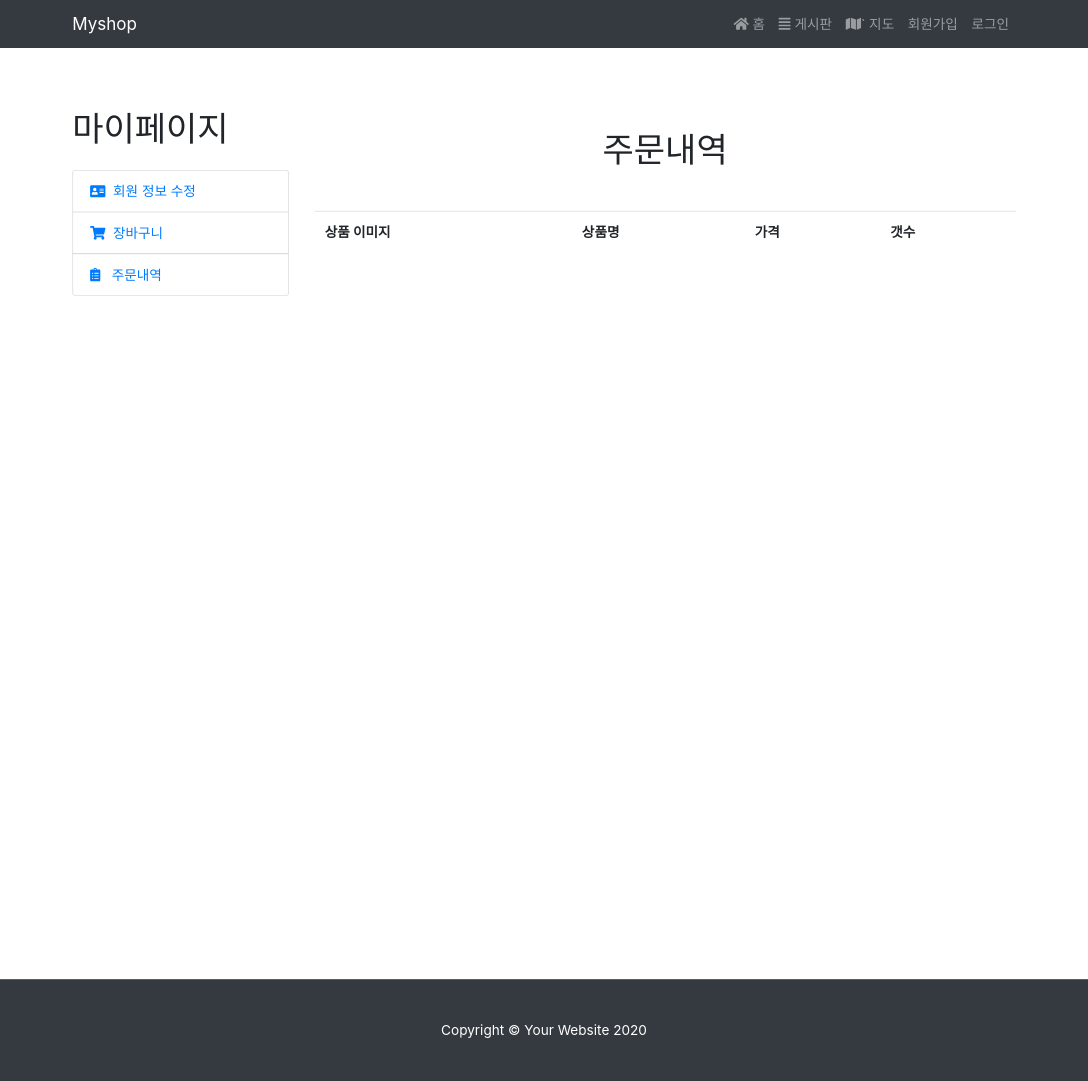
Repository: KimBiYam/ShoppingMallProject
Page: http://localhost/MyShop/WEB-INF/views/product/orderlist.jsp
An editor plug-in stored every save of this project. The page is shown before and after a run of saves, followed by the edit.
The browser window is 1280 px wide. The pictures show the whole page, at 85% of full size.
Some web libraries are served in a nearby version. The page is served by Tomcat 9. Nobody is signed in. Other server files are loaded and not shown. The template is opened directly, without the code that normally fills it, so the values that code supplies are empty.

Above is the page before, as saved 2020-04-23 06:30:11.

### MyShop/src/main/webapp/WEB-INF/views/product/orderlist.jsp
<%@ page language="java" contentType="text/html; charset=UTF-8"
	pageEncoding="UTF-8"%>
<%@taglib prefix="c" uri="http://java.sun.com/jsp/jstl/core"%>
<%@taglib prefix="fmt" uri="http://java.sun.com/jsp/jstl/fmt" %>
<%@taglib prefix="sec" uri="http://www.springframework.org/security/tags"%>
<!DOCTYPE html>
<html lang="en">
<head>
<meta charset="utf-8">
<meta name="viewport"
	content="width=device-width, initial-scale=1, shrink-to-fit=no">
<meta name="description" content="">
<meta name="author" content="">

<title>주문내역</title>
</head>
<body>
	<jsp:include page="../includes/header.jsp" />
	<jsp:include page="../includes/usersidebar.jsp" />
	<div class="col-lg-9">
		<h1 class="my-5 text-center">주문내역</h1>
		<table class="table">
			<tr>
				<th>상품 이미지</th>
				<th>상품명</th>
				<th>가격</th>
				<th>갯수</th>
			</tr>
			<c:forEach items="${orderlist }" var="orderlist">
			<tr>
				<td><a href="/myshop/product/order/get?ordercode=${orderlist.ordercode }">${orderlist.orderid }</a></td>
				<td><fmt:formatDate value="${orderlist.orderdate }"/> </td>
				<td>${orderlist.addr }</td>
				<td>${orderlist.tel }</td>
				<c:if test="${orderlist.approval eq 0 }">
				<td>승인안됨</td>
				</c:if>
				<c:if test="${orderlist.approval eq 1 }">
				<td>처리완료</td>
				</c:if>
			</tr>
			</c:forEach>
		</table>
	</div>
	<!-- /.col-lg-9 -->
	</div>
	<!-- /.row -->
	</div>
	<!-- /.container -->
	<jsp:include page="../includes/footer.jsp"></jsp:include>

<script type="text/javascript">
</script>
</body>

</html>

### MyShop/src/main/webapp/WEB-INF/views/includes/header.jsp
<%@ page language="java" contentType="text/html; charset=UTF-8"
	pageEncoding="UTF-8"%>
<%@taglib prefix="sec"
	uri="http://www.springframework.org/security/tags"%>
<%@taglib prefix="c" uri="http://java.sun.com/jsp/jstl/core"%>
<!DOCTYPE html>
<!-- Bootstrap core CSS -->
<link href="/myshop/resources/vendor/bootstrap/css/bootstrap.min.css"
	rel="stylesheet">
<!-- Custom styles for this template -->
<link href="/myshop/resources/css/shop-homepage.css" rel="stylesheet">
<!-- Bootstrap core JavaScript -->
<script src="/myshop/resources/vendor/jquery/jquery.min.js"></script>
<script
	src="/myshop/resources/vendor/bootstrap/js/bootstrap.bundle.min.js"></script>
<script
	src="https://t1.daumcdn.net/mapjsapi/bundle/postcode/prod/postcode.v2.js"></script>
<script src="/myshop/resources/js/member.js"></script>
<script
	src="https://cdnjs.cloudflare.com/ajax/libs/font-awesome/5.11.2/js/all.min.js"
	crossorigin="anonymous"></script>

<!-- Navigation -->
<nav class="navbar navbar-expand-lg navbar-dark bg-dark fixed-top">
	<div class="container">
		<a class="navbar-brand" href="/myshop">Myshop</a>
		<button class="navbar-toggler" type="button" data-toggle="collapse"
			data-target="#navbarResponsive" aria-controls="navbarResponsive"
			aria-expanded="false" aria-label="Toggle navigation">
			<span class="navbar-toggler-icon"></span>
		</button>
		<div class="collapse navbar-collapse" id="navbarResponsive">
			<ul class="navbar-nav ml-auto">
				<li class="nav-item"><a class="nav-link" href="/myshop"><i
						class="fas fa-home"></i> 홈 </a></li>
				<li class="nav-item"><a class="nav-link"
					href="/myshop/board/list"><i class="fas fa-align-justify"></i>
						게시판</a></li>
				<li class="nav-item"><a class="nav-link" href="/myshop/map"><i
						class="fa fa-map"></i>` 지도</a></li>
				<sec:authorize access="isAnonymous()">
					<li class="nav-item"><a class="nav-link"
						href="javascript:join()">회원가입</a></li>
					<li class="nav-item"><a class="nav-link"
						href="javascript:login()">로그인</a></li>
				</sec:authorize>
				<sec:authorize access="isAuthenticated()">
					<sec:authorize access='hasRole("ROLE_USER")'>
						<li class="nav-item"><a class="nav-link"
							href="/myshop/user/update"><i class="far fa-address-book"></i>
								마이 페이지</a></li>
						<li class="nav-item"><a
							href="/myshop/product/cart?userid=<sec:authentication property="principal.username"/>"
							class="nav-link"><i class="fas fa-shopping-cart"></i> 장바구니</a></li>
						<li class="nav-item"><a class="nav-link"
							href="/myshop/product/order/list?userid=<sec:authentication property="principal.username"/>"><i
								class="fas fa-clipboard-list"></i> 주문 내역</a></li>
					</sec:authorize>
					<sec:authorize access='hasRole("ROLE_ADMIN")'>
						<li class="nav-item"><a class="nav-link"
							href="/myshop/admin/list"><i class="fas fa-address-card"></i>
								회원 관리</a></li>
						<li class="nav-item"><a class="nav-link"
							href="/myshop/product/category/list"><i class="fas fa-tags"></i>
								카테고리 관리</a></li>
						<li class="nav-item"><a class="nav-link"
							href="/myshop/product/order/admin/list"><i
								class="fas fa-clipboard-list"></i> 주문 관리</a></li>
						<li class="nav-item"><a class="nav-link"
							href="/myshop/product/register"><i
								class="fas fa-balance-scale"></i> 상품 등록</a></li>
					</sec:authorize>
					<li class="nav-item">
						<form id="logoutForm" action="/myshop/logout" method="post">
							<input type="hidden" name="${_csrf.parameterName }"
								value="${_csrf.token }">
						</form> <a class="nav-link" href="javascript:logout()">로그아웃</a>
					</li>
				</sec:authorize>
			</ul>
		</div>
	</div>
</nav>
<!-- #joinModal -->
<div class="modal fade" id="joinModal" tabindex="-1" role="dialog"
	aria-labelledby="myModalLabel" aria-hidden="true">
	<div class="modal-dialog">
		<div class="modal-content">
			<div
				class="modal-header justify-content-center font-weight-light my-4">
				<h3 class="modal-title" id="myModalLabel">회원가입</h3>
			</div>
			<div class="modal-body">
				<form id="joinForm" action="/myshop/user/join" method="post">
					<input type="hidden" name="${_csrf.parameterName }"
						value="${_csrf.token }"> <input type="hidden" name="addr"
						id="addr"> <input type="hidden" name="idcheck"
						id="idcheck" value="0">
					<div class="form-group">
						<label class="small mb-1" for="joinid">ID</label>
						<div class="input-group">
							<input class="form-control input-group-prepend joinInput"
								name="userid" id="joinid" type="text" placeholder="아이디를 입력하세요" />
							<button type="button" id="idcheckBtn"
								class="btn btn-outline-info input-group-append">중복체크</button>
						</div>
					</div>
					<div class="form-group">
						<label class="small mb-1" for="joinpw">Password</label> <input
							class="form-control joinInput" name="userpw" id="joinpw"
							type="password" placeholder="패스워드를 입력하세요" />
					</div>
					<div class="form-group">
						<label class="small mb-1" for="userpw">Password 확인</label> <input
							class="form-control joinInput" id="pwdcheck" type="password"
							placeholder="패스워드를 입력하세요" />
					</div>
					<div class="form-group">
						<label class="small mb-1" for="username">이름</label> <input
							class="form-control joinInput" name="username" id="username"
							type="text" placeholder="이름을 입력하세요" />
					</div>
					<div class="form-group">
						<label class="small mb-1" for="tel">휴대전화</label> <input
							class="form-control joinInput" name="tel" id="tel" type="tel"
							maxlength="13" placeholder="전화번호를 입력하세요" />
					</div>
					<div class="form-group">
						<label class="small mb-1" for="email">이메일</label> <input
							class="form-control joinInput" name="email" id="email"
							type="email" placeholder="이메일을 입력하세요" />
					</div>
					<div class="form-group">
						<label class="small mb-1">우편번호</label> <input
							class="form-control joinInput" style="width: 30%" type="text"
							name="zipcode" id="zipcode" readonly="readonly">
					</div>
					<div class="form-group">
						<label class="small mb-1">주소</label>
						<div class="input-group">
							<input class="form-control input-group-prepend joinInput"
								type="text" id="addrView" readonly="readonly">
							<button type="button" id="addrBtn"
								class="btn btn-outline-primary input-group-apeend">주소
								검색</button>
						</div>
					</div>
					<div class="form-group">
						<label class="small mb-1" for="addrDetail">상세주소</label> <input
							class="form-control joinInput" name="addrDetail" id="addrDetail"
							type="text" placeholder="상세주소를 입력하세요" />
					</div>
					<div class="form-group">
						<label class="small mb-1" for="role">관리자 코드</label> <input
							class="form-control joinInput" name="admincode" id="admincode"
							type="text" placeholder="관리자가 되려면 코드를 입력하세요" />
					</div>
					<div class="form-group mt-4 mb-0">
						<button type="button" class="btn btn-primary float-right"
							id="joinBtn">회원가입</button>
					</div>
				</form>
			</div>
		</div>
		<!-- /.modal-content -->
	</div>
	<!-- /.modal-dialog -->
</div>
<!-- /#joinModal -->
<!-- #loginModal -->
<div class="modal fade" id="loginModal" tabindex="-1" role="dialog"
	aria-labelledby="myModalLabel" aria-hidden="true">
	<div class="modal-dialog">
		<div class="modal-content">
			<div
				class="modal-header justify-content-center font-weight-light my-4">
				<h3 class="modal-title" id="myModalLabel">로그인</h3>
			</div>
			<div class="modal-body">
				<form id="loginForm" action="/myshop/login" method="post">
					<input type="hidden" name="${_csrf.parameterName }"
						value="${_csrf.token }">
					<div class="form-group">
						<label class="small mb-1" for="userid">ID</label>
						<div class="input-group">
							<input class="form-control input-group-prepend" name="username"
								id="loginid" type="text" placeholder="아이디를 입력하세요" />
						</div>
					</div>
					<div class="form-group">
						<label class="small mb-1" for="userpw">Password</label> <input
							class="form-control" name="password" id="loginpw" type="password"
							placeholder="패스워드를 입력하세요" />
					</div>
					<div class="form-group">
						<div class="custom-control custom-checkbox">
							<input class="custom-control-input" name="remember-me"
								id="remember-me" type="checkbox" /> <label
								class="custom-control-label" for="remember-me">자동 로그인</label>
						</div>
					</div>
					<div class="form-group mt-4 mb-0">
						<button type="button" class="btn btn-primary float-right" id="loginBtn">로그인</button>
					</div>
				</form>
				<!-- 네이버 로그인 창 -->
				<div id="naver_id_login float-left" style="text-align: center">
					<a class="float-left" href="${url }"> <img width="223" src="/myshop/resources/img/login.PNG" /></a>
				</div>
			</div>
		</div>
		<!-- /.modal-content -->
	</div>
	<!-- /.modal-dialog -->
</div>
<!-- /#loginModal -->

### MyShop/src/main/webapp/WEB-INF/views/includes/usersidebar.jsp
<%@ page language="java" contentType="text/html; charset=UTF-8"
    pageEncoding="UTF-8"%>
<%@taglib prefix="sec" uri="http://www.springframework.org/security/tags" %>
  <!-- Page Content -->
  <div class="container my-5" style="min-height: 1000px">
    <div class="row">
      <div class="col-lg-3">
        <h1 class="my-4">마이페이지</h1>
        <div class="list-group">
          <a href="/myshop/user/update" class="list-group-item"><i class="fas fa-address-card"></i>&nbsp;&nbsp;회원 정보 수정</a>
          <a href="/myshop/product/cart?userid=<sec:authentication property="principal.username"/>" class="list-group-item"><i class="fas fa-shopping-cart"></i>&nbsp;&nbsp;장바구니</a>
          <a href="/myshop/product/order/list?userid=<sec:authentication property="principal.username"/>" class="list-group-item"><i class="fas fa-clipboard-list"></i>&nbsp;&nbsp;&nbsp;주문내역</a>
        </div>
      </div>
      <!-- /.col-lg-3 -->

### MyShop/src/main/webapp/WEB-INF/views/includes/footer.jsp
<%@ page language="java" contentType="text/html; charset=UTF-8"
    pageEncoding="UTF-8"%>
<!DOCTYPE html>
  <!-- Footer -->
  <footer class="py-5 bg-dark">
    <div class="container">
      <p class="m-0 text-center text-white">Copyright &copy; Your Website 2020</p>
    </div>
    <!-- /.container -->
  </footer>

### MyShop/src/main/webapp/resources/js/member.js
//회원가입 폼
function join() {
	$(".joinInput").val("");
	$("#joinModal").modal("show");
	$("#joinid").removeAttr("readonly");
	$("#idcheck").val("0");
}
//로그인 폼
function login() {
	$("#loginid").val("");
	$("#loginpw").val("");
	$("#loginModal").modal("show");
}
//로그아웃 버튼
function logout(){
	alert("로그아웃 되었습니다");
	$("#logoutForm").submit();
}

$(function() {
//	이메일 정규식
var regemail=/^[-A-Za-z0-9_]+[-A-Za-z0-9_.]*[@]{1}[-A-Za-z0-9_]+[-A-Za-z0-9_.]*[.]{1}[A-Za-z]{1,5}$/;
var regtel = /^(01[016789]{1}|02|0[3-9]{1}[0-9]{1})-?[0-9]{3,4}-?[0-9]{4}$/;

//	아이디 한글 입력 방지
	$("#joinid").on("blur keyup",function(){
		$(this).val($(this).val().replace(/[ㄱ-ㅎ|ㅏ-ㅣ|가-힣]/g,''));
	})
	$("#loginid").on("blur keyup",function(){
		$(this).val($(this).val().replace(/[ㄱ-ㅎ|ㅏ-ㅣ|가-힣]/g,''));
	})
//	전화번호 자동 하이픈
	$('#tel').keydown(function(event) {
	    var key = event.charCode || event.keyCode || 0;
	    $text = $(this);
	    if (key !== 8 && key !== 9) {
	        if ($text.val().length === 3) {
	            $text.val($text.val() + '-');
	        }
	        if ($text.val().length === 8) {
	            $text.val($text.val() + '-');
	        }
	    }

	    return (key == 8 || key == 9 || key == 46 || (key >= 48 && key <= 57) || (key >= 96 && key <= 105));
	});

//	이름 한글만 입력
	$("#username").on("blur keyup",function(){
		$(this).val($(this).val().replace(/[a-z0-9]|[ \[\]{}()<>?|`~!@#$%^&*-_+=,.;:\"'\\]/g,''));
	})

	// 회원가입
	$("#joinBtn").on("click", function() {
		if ($("#joinnid").val() == "") {
			alert("아이디를 입력하세요");
			$("#joinnid").focus();
			return false;
		}
		if ($("#joinpw").val() == "") {
			alert("패스워드를 입력하세요");
			$("#joinpw").focus();
			return false;
		}
		if ($("#pwdcheck").val() == "") {
			alert("패스워드 확인을 입력하세요");
			$("#pwdcheck").focus();
			return false;
		}
		if ($("#username").val() == "") {
			alert("이름을 입력하세요");
			$("#username").focus();
			return false;
		}
		if ($("#tel").val() == "") {
			alert("전화번호를 입력하세요");
			$("#tel").focus();
			return false;
		}
		if ($("#email").val() == "") {
			alert("이메일을 입력하세요");
			$("#email").focus();
			return false;
		}
		if ($("#addrView").val() == "") {
			alert("주소를 검색하세요");
			return false;
		}
		if ($("#addrDetail").val() == "") {
			alert("상세주소를 입력하세요");
			$("#addrDetail").focus();
			return false;
		}

		if ($("#idcheck").val() == "0") {
			alert("아이디 중복체크를 하세요");
			return false;
		}
		if ($("#joinpw").val() != $("#pwdcheck").val()) {
			alert("패스워드가 틀렸습니다");
			$("#joinpw").val("");
			$("#pwdcheck").val("");
			$("#joinpw").focus();
			return false;
		}
		if(!regtel.exec($("#tel").val())){
			alert("전화번호 양식이 틀렸습니다");
			$("#tel").val("");
			$("#tel").focus();
			return false;
		}
		if(!regemail.exec($("#email").val())){
			alert("이메일 양식이 틀렸습니다");
			$("#email").val("");
			$("#email").focus();
			return false;
		}

		var addr = $("#addrView").val() + " " + $("#addrDetail").val();
		$("#addr").val(addr);

		$("#joinForm").submit();
		alert("회원가입이 완료 되었습니다!");
	});

	$("#idcheckBtn").click(function() {
		if ($("#joinid").val() == "") {
			alert("ID를 입력해주세요");
			$("#registerid").focus();
			return false;
		}
		if ($("#idcheck").val() == "1") {
			$("#joinid").removeAttr("readonly");
			$("#joinid").val("");
			$("#idcheck").val("0");
			return false;
		}
		$.get("/myshop/user/idcheck", {
			"userid" : $("#joinid").val()
		}, function(data) {
			if (data == "no"){
				alert("이미 가입된 아이디 입니다");
				$("#joinid").val("");
				$("#joinid").focus();
			}
			if (data == "yes") {
				alert("사용 가능한 아이디 입니다");
				$("#joinid").attr("readonly", "readonly");
				$("#idcheck").val("1");
			}


		})
	});

	// 카카오 주소 API 팝업
	$("#addrBtn").on(
			"click",
			function() {
				new daum.Postcode(
						{
							oncomplete : function(data) {
								// 팝업에서 검색결과 항목을 클릭했을때 실행할 코드를 작성하는 부분.

								// 각 주소의 노출 규칙에 따라 주소를 조합한다.
								// 내려오는 변수가 값이 없는 경우엔 공백('')값을 가지므로, 이를 참고하여 분기
								// 한다.
								var addr = ''; // 주소 변수
								var extraAddr = ''; // 참고항목 변수

								// 사용자가 선택한 주소 타입에 따라 해당 주소 값을 가져온다.
								if (data.userSelectedType === 'R') { // 사용자가
																		// 도로명
																		// 주소를
																		// 선택했을
																		// 경우
									addr = data.roadAddress;
								} else { // 사용자가 지번 주소를 선택했을 경우(J)
									addr = data.jibunAddress;
								}

								// 사용자가 선택한 주소가 도로명 타입일때 참고항목을 조합한다.
								if (data.userSelectedType === 'R') {
									// 법정동명이 있을 경우 추가한다. (법정리는 제외)
									// 법정동의 경우 마지막 문자가 "동/로/가"로 끝난다.
									if (data.bname !== ''
											&& /[동|로|가]$/g.test(data.bname)) {
										extraAddr += data.bname;
									}
									// 건물명이 있고, 공동주택일 경우 추가한다.
									if (data.buildingName !== ''
											&& data.apartment === 'Y') {
										extraAddr += (extraAddr !== '' ? ', '
												+ data.buildingName
												: data.buildingName);
									}
									// 표시할 참고항목이 있을 경우, 괄호까지 추가한 최종 문자열을 만든다.
									if (extraAddr !== '') {
										extraAddr = ' (' + extraAddr + ')';
									}
									// 조합된 참고항목을 해당 필드에 넣는다.
									// document.getElementById("sample6_extraAddress").value
									// = extraAddr;

								} else {
									// document.getElementById("sample6_extraAddress").value
									// = '';
								}

								// 우편번호와 주소 정보를 해당 필드에 넣는다.
								$("#zipcode").val(data.zonecode);
								$("#addrView").val(addr);
								// 커서를 상세주소 필드로 이동한다.
								$("#addrDetail").focus();
							}
						}).open();
			});

	// 로그인
	$("#loginBtn").on("click", function() {
		if ($("#loginid").val() == "") {
			alert("아이디를 입력하세요");
			$("#loginid").focus();
			return false;
		}
		if ($("#loginpw").val() == "") {
			alert("패스워드를 입력하세요");
			$("#loginpw").focus();
			return false;
		}
		$("#loginForm").submit();
	});

})

Loaded but not shown: MyShop/src/main/webapp/resources/css/shop-homepage.css (common file)

After the next 3 saves:
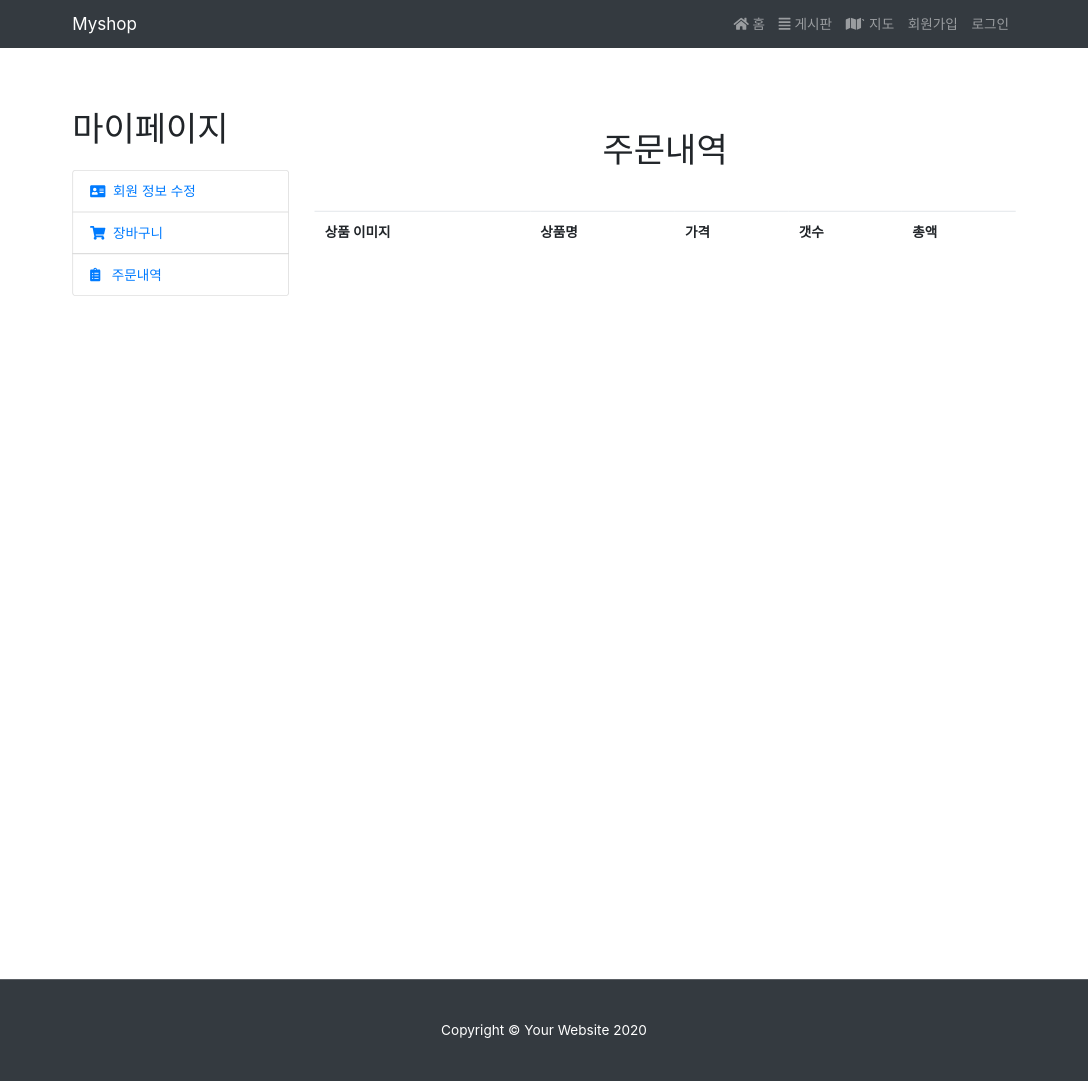
The 3 saves are shown as one change because they came seconds apart.
The last was saved 9 s later.
--- a/MyShop/src/main/webapp/WEB-INF/views/product/orderlist.jsp
+++ b/MyShop/src/main/webapp/WEB-INF/views/product/orderlist.jsp
@@ -25,6 +25,7 @@
 				<th>상품명</th>
 				<th>가격</th>
 				<th>갯수</th>
+				<th>총액</th>
 			</tr>
 			<c:forEach items="${orderlist }" var="orderlist">
 			<tr>
